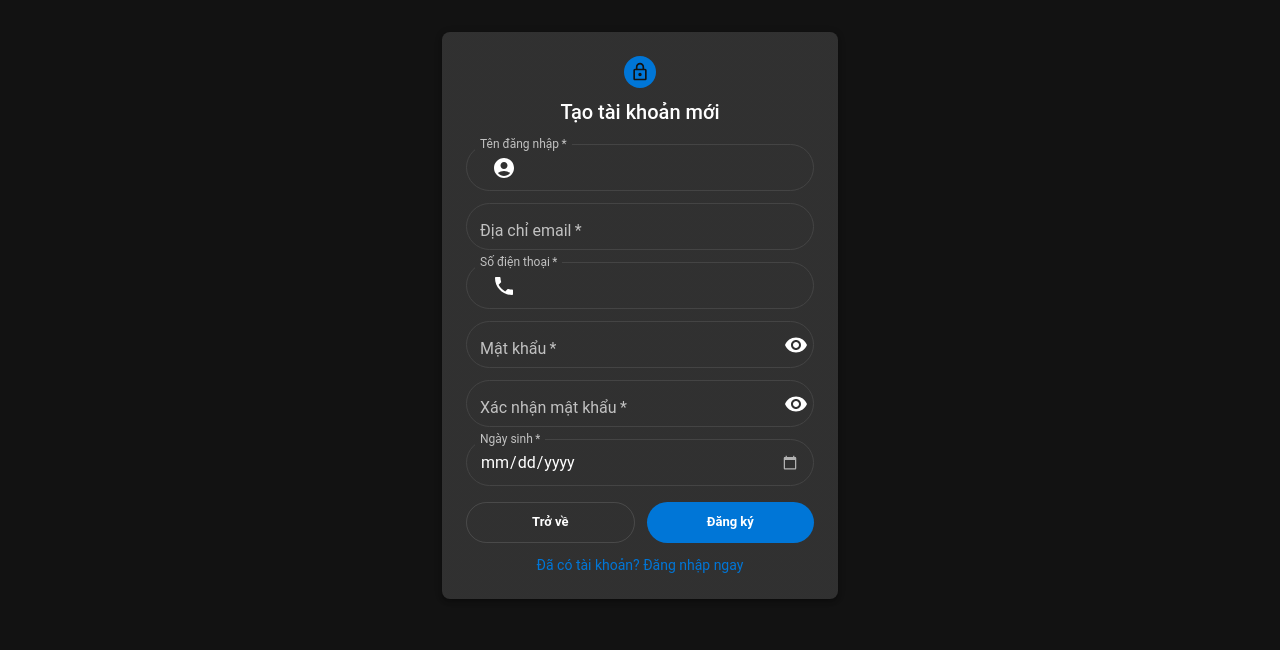
Repository: thtrunghau/ecommerce-ui-dacntt
Page: /auth/register
An editor plug-in stored every save of this project. The page is shown before and after the next save, followed by the edit.
The browser window is 1280 px wide. The pictures show the whole page.
The project was rebuilt for these pictures with package versions that can differ from the ones it lists, and the page was loaded fresh each time. Also part of the build but not shown: vite.config.ts, src/mockData/mockData.ts, src/utils/helpers.ts, src/components/shared/NavDropdown.tsx, src/components/shared/UserMenu.tsx, src/components/shared/Header.tsx, src/components/common/RoundedButton.tsx, src/components/features/home/HeroSection.tsx and 7 more.

Above is the page before, as saved 2025-06-13 00:24:17.

After the next save:
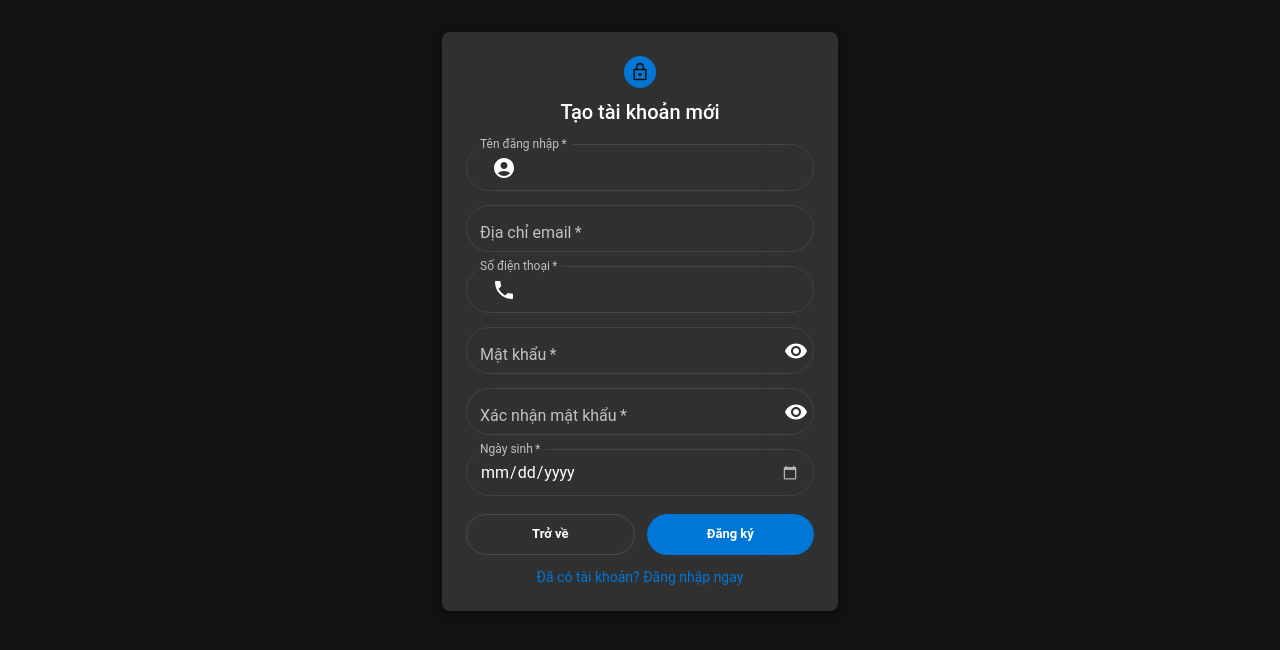
Saved 18 s later.
--- a/src/pages/auth/RegisterStandalone.tsx
+++ b/src/pages/auth/RegisterStandalone.tsx
@@ -38,13 +38,17 @@ const darkTheme = createTheme({
     MuiTextField: {
       styleOverrides: {
         root: {
+          marginBottom: 2,
           "& .MuiOutlinedInput-root": {
-            "& fieldset": { borderRadius: "9999px", borderColor: "#444" },
+            "& fieldset": {
+              borderColor: "#444",
+              borderRadius: "9999px",
+            },
             "&:hover fieldset": { borderColor: "#666" },
             "&.Mui-focused fieldset": { borderColor: "#0076d7" },
           },
           "& .MuiInputBase-input": {
-            padding: "12px 14px", // Giảm padding của input
+            padding: "12px 14px",
           },
           "& .MuiInputAdornment-root": {
             marginLeft: "12px",
